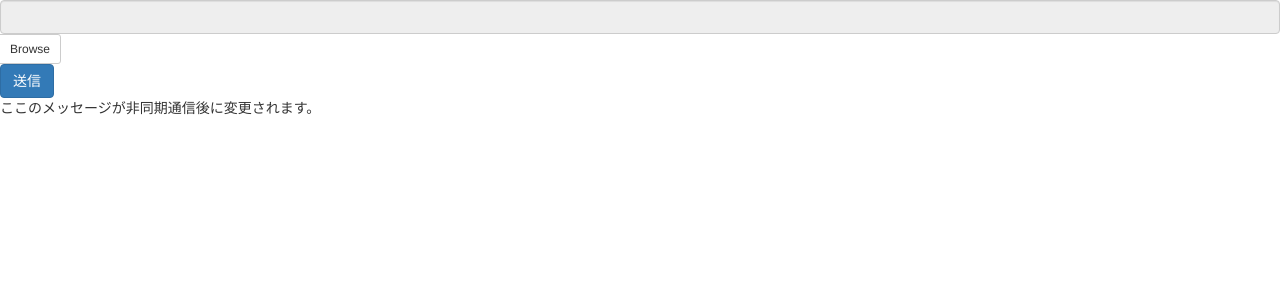
Repository: h1dia/bmscore
Page: index.html
The author's editor kept a record of every edit. The page is drawn from the files as they stood at one moment, then again after the next edit.
The browser window is 1280 px wide. The pictures show the whole page.
Some web libraries are served in a nearby version.

Above is the page before.

After the next edit:
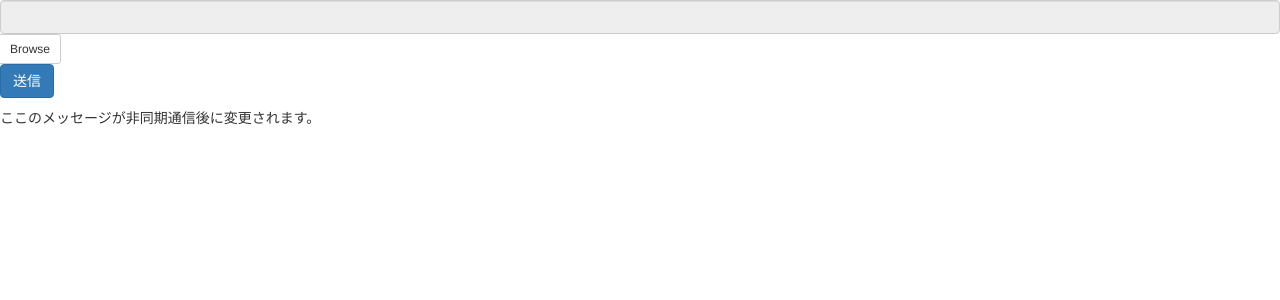
The edit:
--- a/index.html
+++ b/index.html
@@ -74,8 +74,9 @@
         });
         </script>
 
+        <p class="text"></p>
+
         <p id="loading">ここのメッセージが非同期通信後に変更されます。</p>
-        <p class="text"></p>
 
     </body>
 </html>
